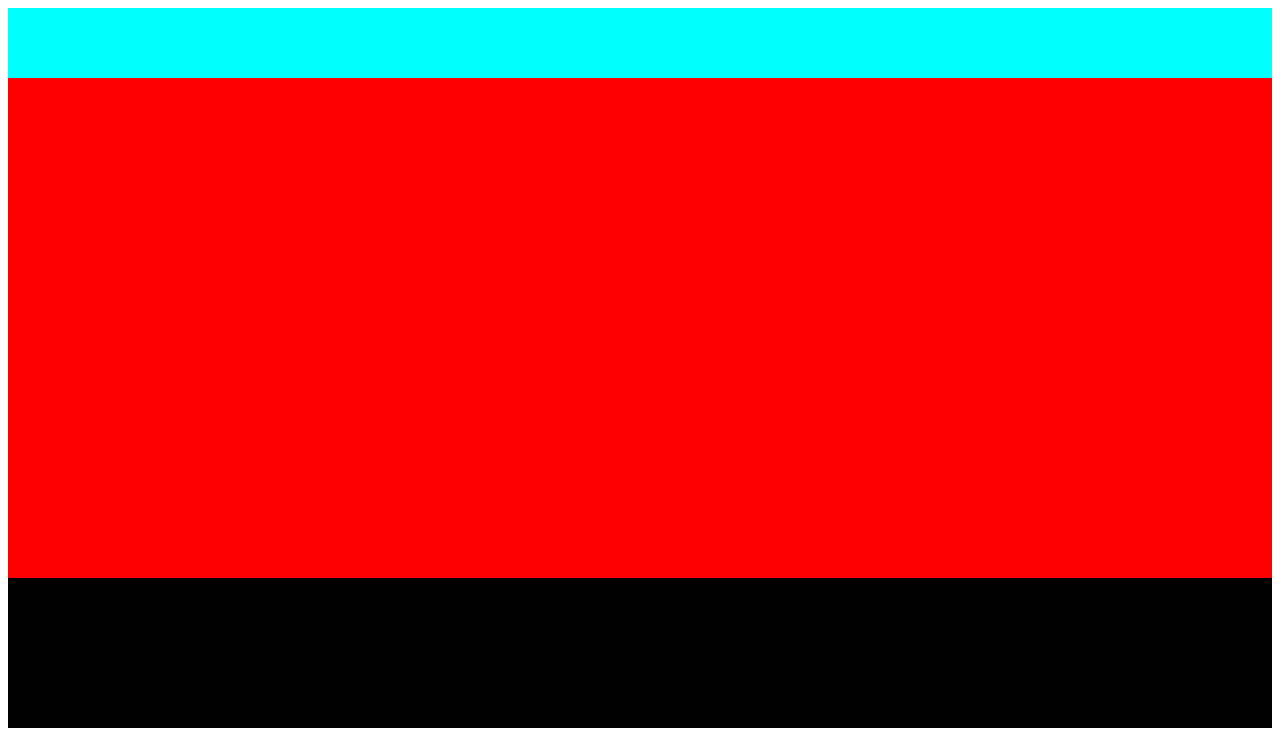
Repository: mireu930/Serverlet_App
Page: src/build/classes/webapp/template/layout.html
These files come from the project's save history. The page is drawn as it stood at one moment and after the next save; the edit follows.
The browser window is 1280 px wide. The pictures show the whole page.

Above is the page before, as saved 2025-02-07 11:19:44.

### src/build/classes/webapp/template/layout.html
<!DOCTYPE html>
<html lang="en">
<head>
  <meta charset="UTF-8">
  <meta name="viewport" content="width=device-width, initial-scale=1.0">
  <title>Document</title>
  <style>
    header {
  width: 100%;
  height: 70px;
  /* background-color: gray; */
}

.wrap_left{
  display: flex;
}

.left {
  width: 25%;
  height: 100%;

}

.right {

  height: 100%;
}

header:first-child {
  background-color:aqua;
}

header:last-child {
  background-color:gray;
}

.content {
  width: 100%;
  height: 500px;
  background-color: red;
}


footer {
  width: 100%;
  height: 150px;
  background-color: black;
}
  </style>
</head>
<body>
  <header class = "wrap_left">
    <div class = "left logo" >

    </div>
    <div class = "right menu">

    </div>
  </header>
  <section class = "wrap_left content">
    <div class = " left content_left">

    </div>
    <div class = " right content_right">

    </div>
  </section>
  <footer class = "wrap_left">
    <div class = "left">

    </div>
    <div class = "right">

    </div>
  </footer>

</body>
</html>

After the next save:
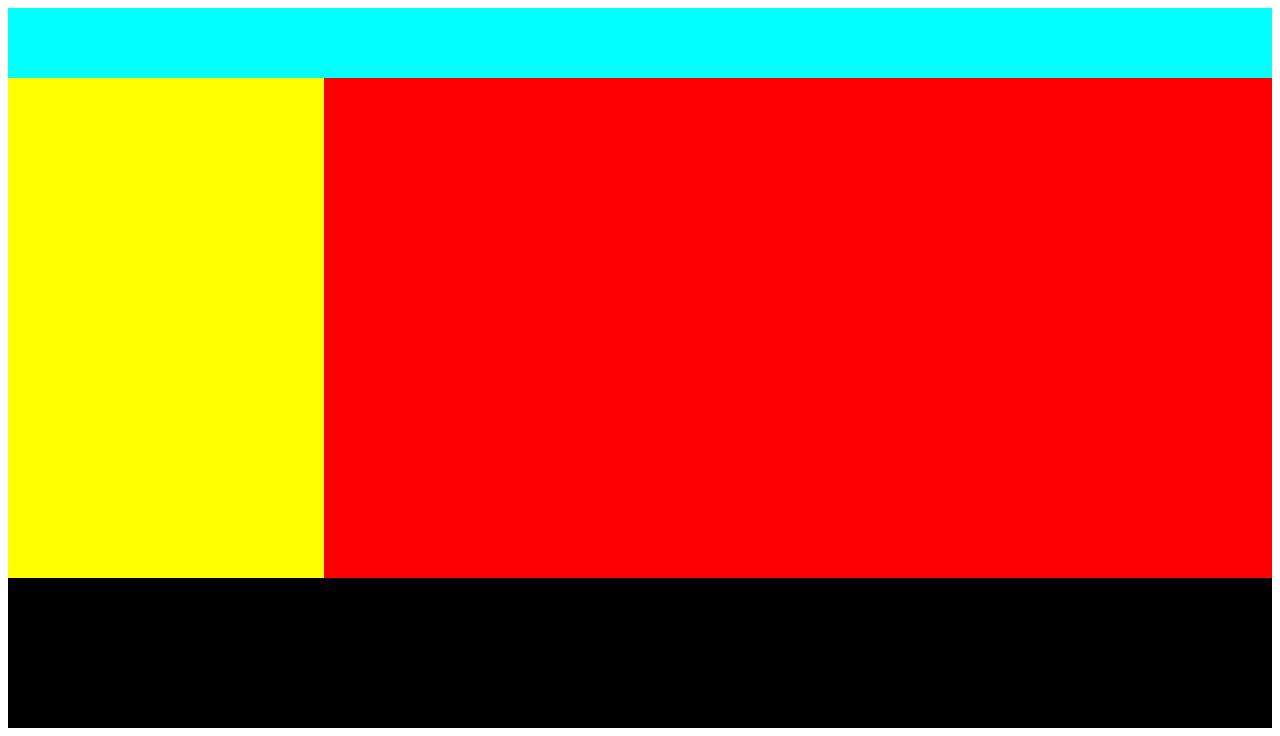
Saved 66 s later.
--- a/src/build/classes/webapp/template/layout.html
+++ b/src/build/classes/webapp/template/layout.html
@@ -40,6 +40,13 @@
   background-color: red;
 }
 
+.content_left {
+background-color:yellow
+}
+
+.content_right {
+  background-color:blue
+}
 
 footer {
   width: 100%;
